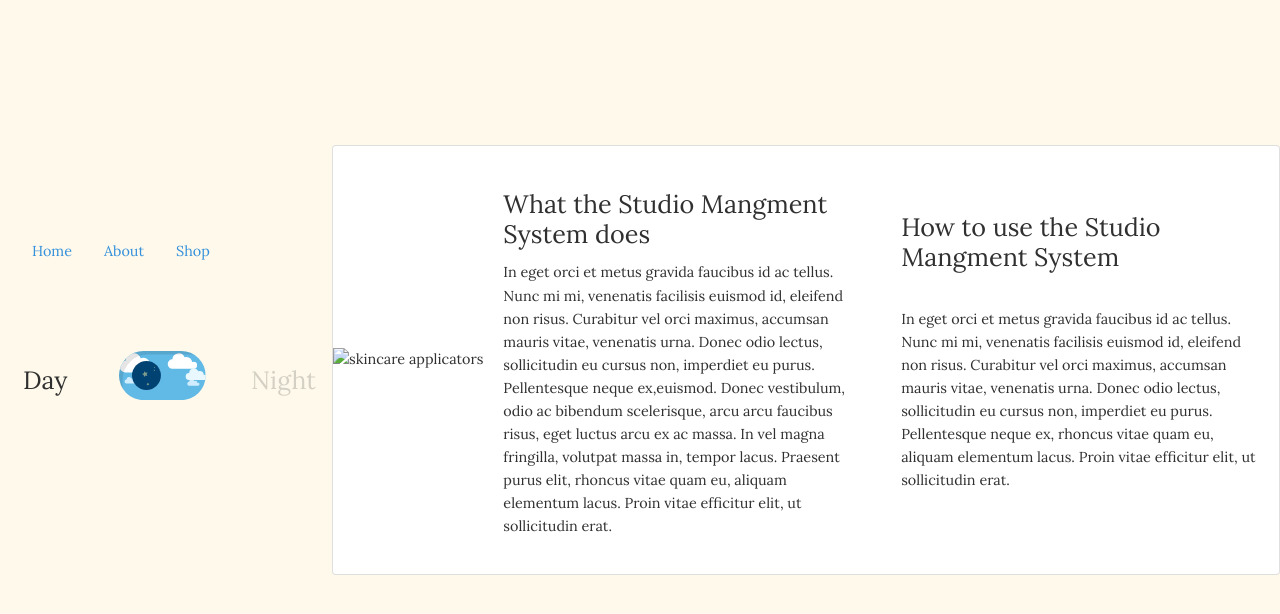
Repository: littae2/simplicite
Page: http://localhost/shop
An editor plug-in stored every save of this project. The page is shown before and after a run of saves, followed by the edit.
The browser window is 1280 px wide. The pictures show the whole page.
Some web libraries are served in a nearby version. The page is served by the project's Laravel application, run on PHP 8.4 with Laravel 8.

Above is the page before, as saved 2021-08-13 15:27:39.
Console error: ReferenceError: gsap is not defined

After the next 2 saves:
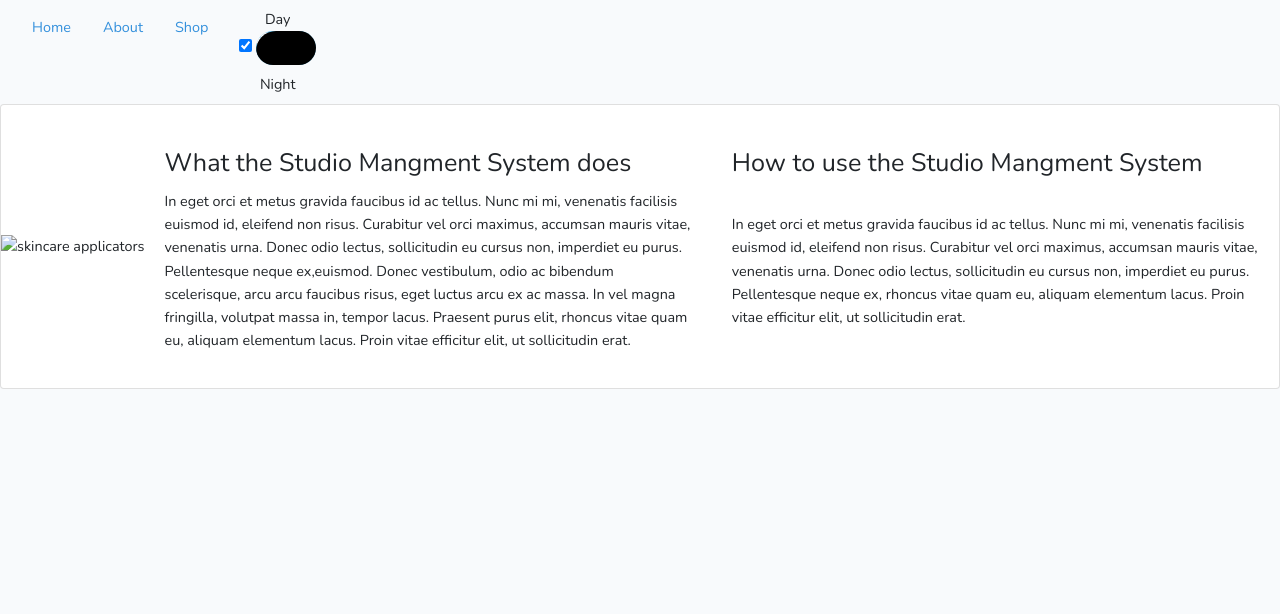
The 2 saves are shown as one change because they came seconds apart.
The last was saved 99 s later.
--- a/Project/resources/views/inc/daynight.blade.php
+++ b/Project/resources/views/inc/daynight.blade.php
@@ -1,70 +1,3 @@
-<style>
-    @import url('https://fonts.googleapis.com/css?family=Lora&display=swap');
-
-    body,
-    html {
-        margin: 0;
-        padding: 0;
-        width: 100%;
-        height: 100%;
-        overflow: hidden;
-        font-family: 'Lora', serif;
-        color: #303030;
-    }
-
-    .night-label {
-        opacity: 0.2;
-    }
-
-    body {
-        display: flex;
-        align-items: center;
-        justify-content: center;
-        background-color: #FEF9EA;
-    }
-
-    .layout {
-        width: 70vw;
-        max-width: 300px;
-        min-width: 250px;
-        height: 30vh;
-        display: grid;
-        grid-template-columns: 1fr 2fr 1fr;
-        justify-content: center;
-        align-items: center;
-        gap: 30px;
-        font-size: 25px;
-    }
-
-    .layout:nth-child(1) {
-        text-align: right;
-    }
-
-    svg {
-        width: 100%;
-        height: 100%;
-        cursor: pointer;
-    }
-
-    #night-content {
-        opacity: 0.5;
-    }
-
-    .inner-shadow {
-        stroke-opacity: 0.1;
-        stroke-width: 5;
-        stroke: black;
-        fill: none;
-    }
-
-    .container input {
-        position: absolute;
-        opacity: 0;
-        cursor: pointer;
-        height: 0;
-        width: 0;
-    }
-</style>
 
 <div class="layout">
     <div class="day-label">Day</div>

After the save that followed:
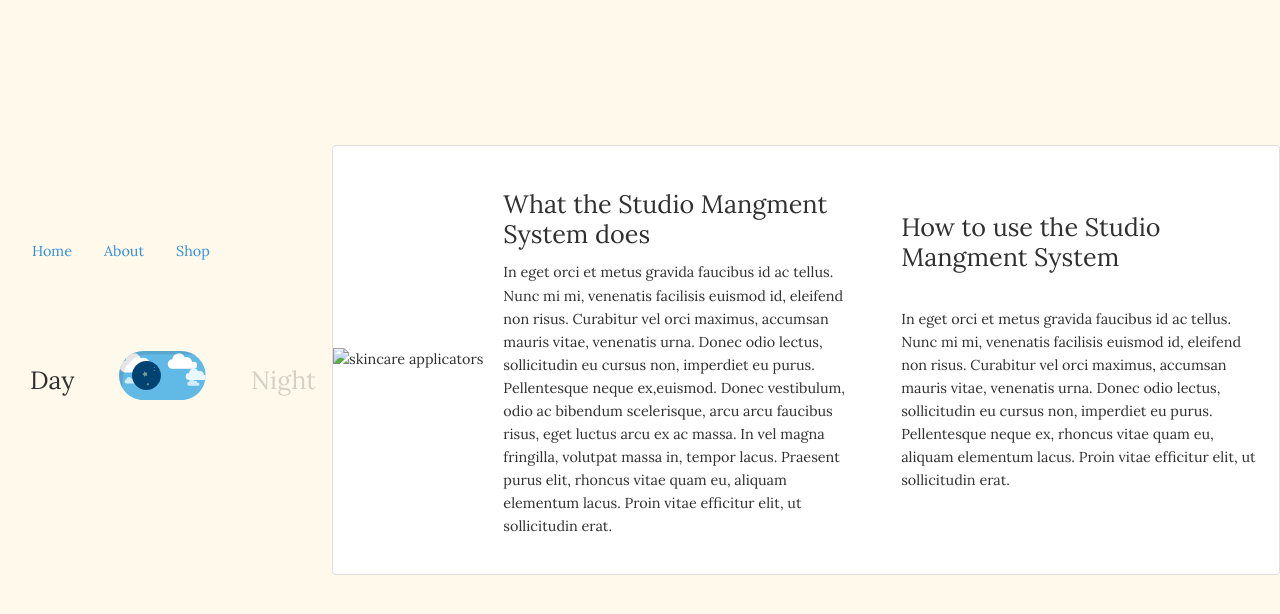
Saved 16 s later.
--- a/Project/resources/views/inc/daynight.blade.php
+++ b/Project/resources/views/inc/daynight.blade.php
@@ -197,3 +197,70 @@
     toNightAnimation.reverse();
     toNightAnimation.pause();
 </script>
+<style>
+    @import url('https://fonts.googleapis.com/css?family=Lora&display=swap');
+
+    body,
+    html {
+        margin: 0;
+        padding: 0;
+        width: 100%;
+        height: 100%;
+        overflow: hidden;
+        font-family: 'Lora', serif;
+        color: #303030;
+    }
+
+    .night-label {
+        opacity: 0.2;
+    }
+
+    body {
+        display: flex;
+        align-items: center;
+        justify-content: center;
+        background-color: #FEF9EA;
+    }
+
+    .layout {
+        width: 70vw;
+        max-width: 300px;
+        min-width: 250px;
+        height: 30vh;
+        display: grid;
+        grid-template-columns: 1fr 2fr 1fr;
+        justify-content: center;
+        align-items: center;
+        gap: 30px;
+        font-size: 25px;
+    }
+
+    .layout:nth-child(1) {
+        text-align: right;
+    }
+
+    svg {
+        width: 100%;
+        height: 100%;
+        cursor: pointer;
+    }
+
+    #night-content {
+        opacity: 0.5;
+    }
+
+    .inner-shadow {
+        stroke-opacity: 0.1;
+        stroke-width: 5;
+        stroke: black;
+        fill: none;
+    }
+
+    .container input {
+        position: absolute;
+        opacity: 0;
+        cursor: pointer;
+        height: 0;
+        width: 0;
+    }
+</style>
